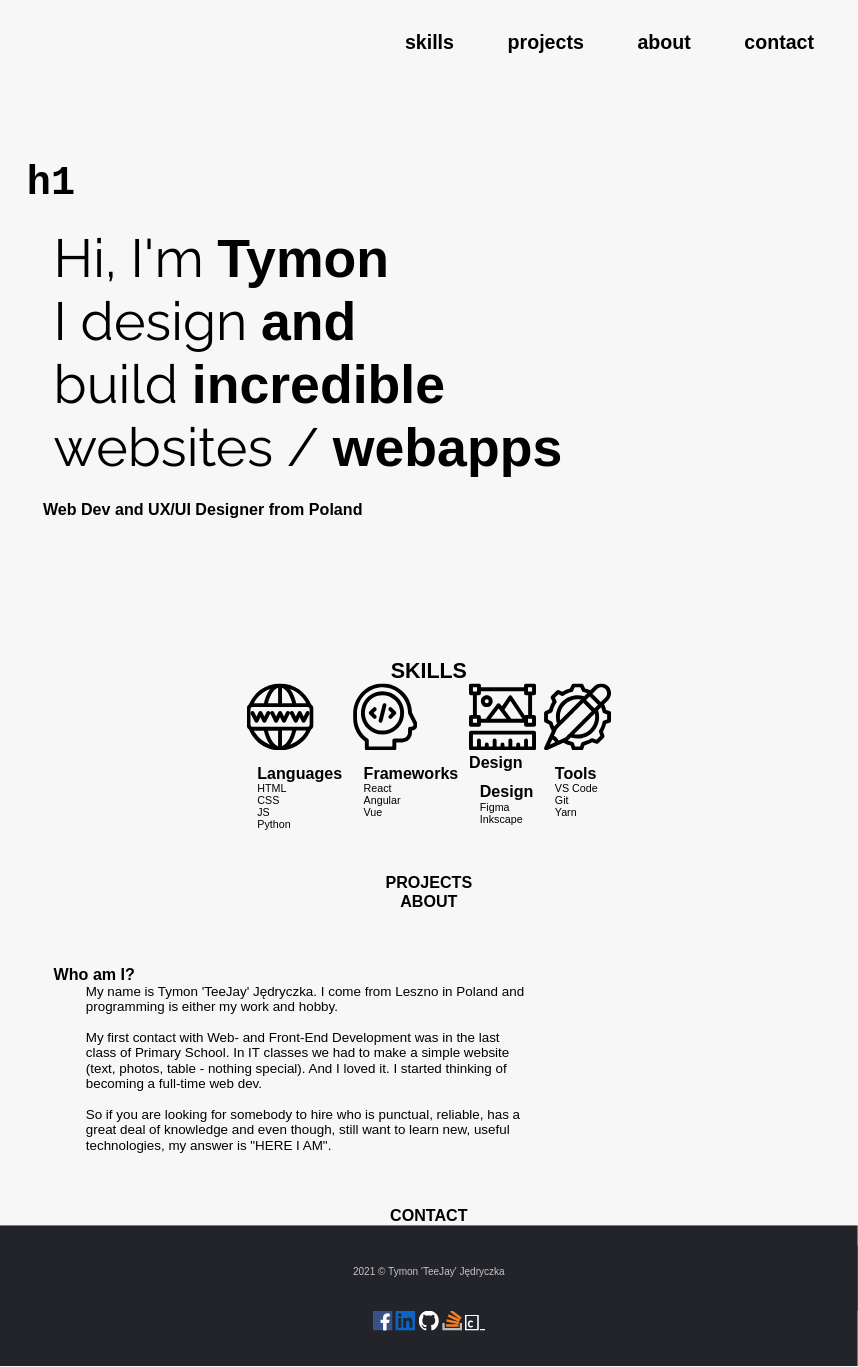
Repository: TeeJaysDev/Portfolio
Page: index.html
These files come from the project's save history. The page is drawn as it stood at one moment and after the next save; the edit follows.
The browser window is 1280 px wide. The pictures show the whole page, at 67% of full size.

Above is the page before, as saved 2021-04-23 22:16:14.

After the next save:
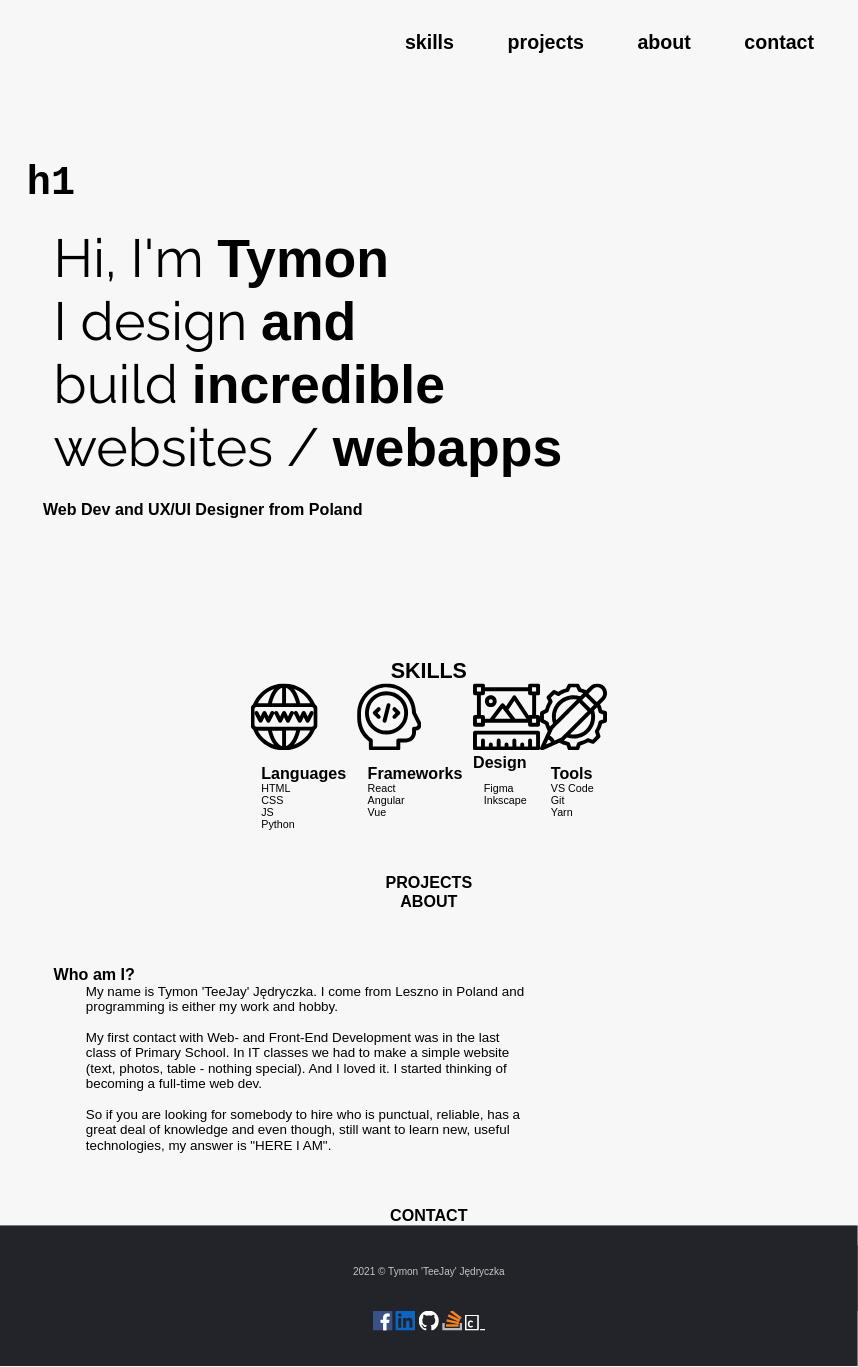
Saved 4 s later.
--- a/index.html
+++ b/index.html
@@ -72,7 +72,6 @@
                     <h2>Design</h2>
                 </div>
                 <div class="text">
-                    <h2>Design</h2>
                     <li>Figma</li>
                     <li>Inkscape</li>
                 </div>
